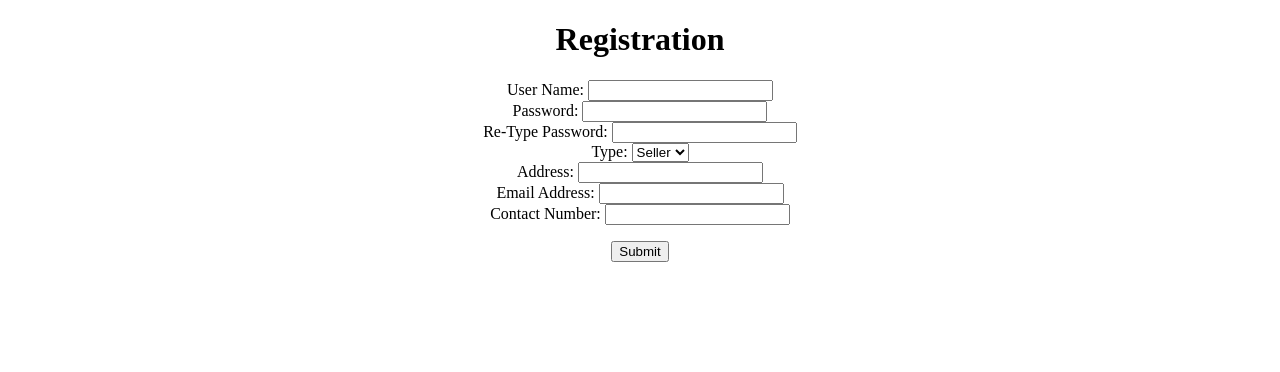
Repository: HariharanMiracle/CodeComplexity
Page: http://localhost/Paf_assignment/Register.jsp
An editor plug-in stored every save of this project. The page is shown before and after the next save, followed by the edit.
The browser window is 1280 px wide. The pictures show the whole page.
The page is served by Tomcat 9. Other server files are loaded and not shown.

Above is the page before, as saved 2019-04-29 19:40:16.

### Paf_assignment/WebContent/Register.jsp
<%@ page language="java" contentType="text/html; charset=ISO-8859-1"
    pageEncoding="ISO-8859-1"%>
<!DOCTYPE html>
<html>
<head>
<meta charset="ISO-8859-1">
<title>Insert title here</title>
</head>
<body>


				<!-- Main Content -->
				<form style = "text-align: center" action="paf/member/Register" method="POST" onsubmit="return validate()">
					<h1>Registration</h1>
					<label>User Name:</label> <input type="text" name="username" id = "username" required/><br/>
					<label>Password:</label> <input type="password" name="password" id = "pw" required/><br/>
					<label>Re-Type Password:</label> <input type="password" name="rpassword" id = "cpw" required/><br/>
					<label>Type:</label>
					<select name = "type">
					  <option value="Seller">Seller</option>
					  <option value="Buyer">Buyer</option>
					</select><br/>
					<label>Address:</label> <input type="text" name="address" id="address" required/><br/>
					<label>Email Address:</label> <input type="email" name="mailAddress" required/><br/>
					<label>Contact Number:</label> <input type="text" name="contactNumber"  id="contactNumber" required/><br/>
					<p id = "gg"></p>
					<input type="submit" value="Submit"/>
				</form>

<script type="text/javascript">
			function validate(){
				var pw =  document.getElementById("pw").value;
				var cpw =  document.getElementById("cpw").value;
				var username =  document.getElementById("username").value;
				var contactNumber =  document.getElementById("contactNumber").value;
				var address =  document.getElementById("address").value;
				var letters = /^[A-Za-z]+$/;
				var numeric = /^[0-9]+$/;
				var alphaNumeric = /^[0-9a-zA-Z]+$/;
				if(pw == cpw){
					return true;
				}
				else{
					alert("ddfd");
					return false;
				}
				document.getElementById("gg").value = "Johnny Bravo";
			}

</script>
</body>
</html>

After the next save:
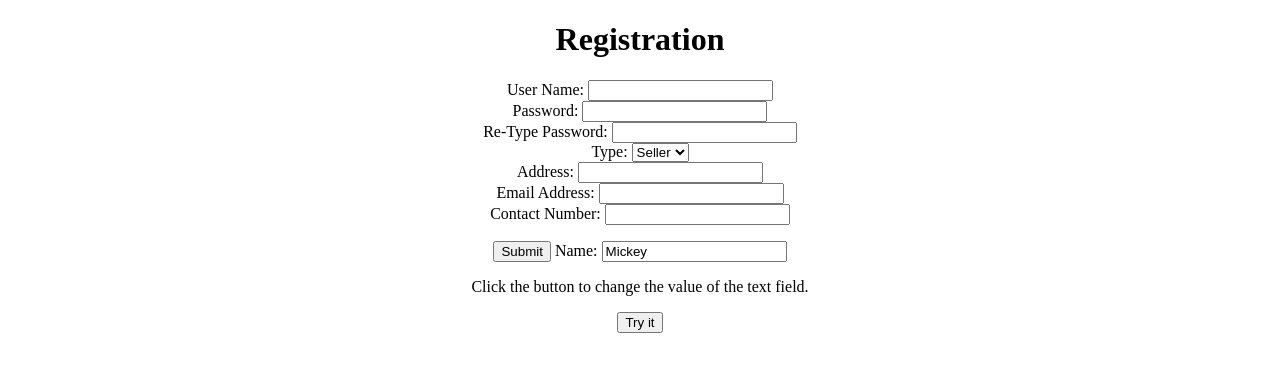
Saved 92 s later.
--- a/Paf_assignment/WebContent/Register.jsp
+++ b/Paf_assignment/WebContent/Register.jsp
@@ -25,6 +25,11 @@
 					<label>Contact Number:</label> <input type="text" name="contactNumber"  id="contactNumber" required/><br/>
 					<p id = "gg"></p>
 					<input type="submit" value="Submit"/>
+					Name: <input type="text" id="myText" value="Mickey">
+
+<p>Click the button to change the value of the text field.</p>
+
+<button onclick="myFunction()">Try it</button>
 				</form>
 
 <script type="text/javascript">
@@ -44,8 +49,11 @@
 					alert("ddfd");
 					return false;
 				}
-				document.getElementById("gg").value = "Johnny Bravo";
 			}
+
+			function myFunction() {
+				  document.getElementById("myText").value = "Johnny Bravo";
+				}
 
 </script>
 </body>
